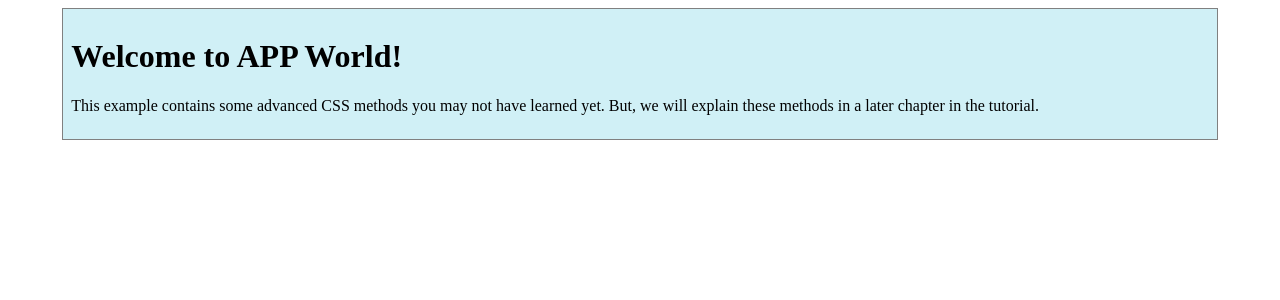
Repository: kanumuruwe45/aws-ecr
Page: templates/index.html
These files come from the project's save history. The page is drawn as it stood at one moment and after a run of saves; the edit follows.
The browser window is 1280 px wide. The pictures show the whole page.
The template is drawn by Flask 3. The application's start-up code is not run. Other server files are loaded and not shown. The template is opened directly, without the code that normally fills it, so the values that code supplies are empty.

Above is the page before, as saved 2021-07-07 16:28:51.

### templates/index.html
<!DOCTYPE html>
<html>
<head>
<style>


.center_div {
  border: 1px solid gray;
  margin-left: auto;
  margin-right: auto;
  width: 90%;
  background-color: #d0f0f6;
  text-align: left;
  padding: 8px;
}
</style>
</head>
<body>

<div class="center_div">
  <h1>Welcome to APP World!</h1>
  <p>This example contains some advanced CSS methods you may not have learned yet. But, we will explain these methods in a later chapter in the tutorial.</p>
</div>

</body>
</html>

After the next 2 saves:
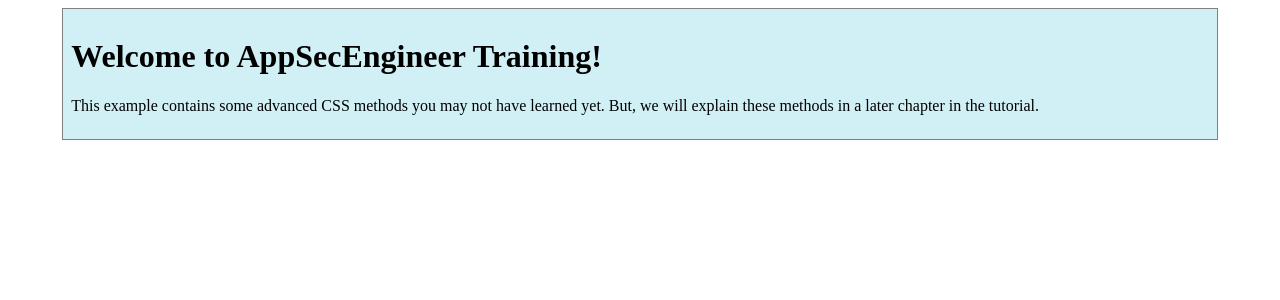
The 2 saves are shown as one change because they came seconds apart.
The last was saved 9 s later.
--- a/templates/index.html
+++ b/templates/index.html
@@ -18,7 +18,7 @@
 <body>
 
 <div class="center_div">
-  <h1>Welcome to APP World!</h1>
+  <h1>Welcome to AppSecEngineer Training!</h1>
   <p>This example contains some advanced CSS methods you may not have learned yet. But, we will explain these methods in a later chapter in the tutorial.</p>
 </div>
 
